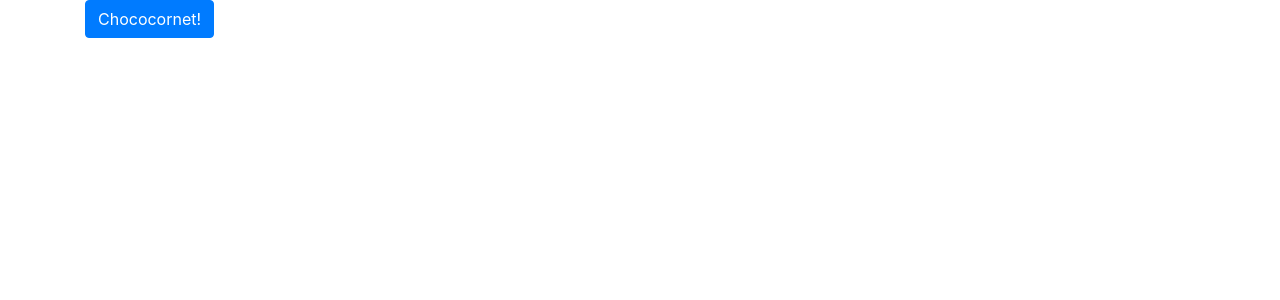
Repository: gitmadacode/practica_javascript
Page: Inicio/index.html
An editor plug-in stored every save of this project. The page is shown before and after the next save, followed by the edit.
The browser window is 1280 px wide. The pictures show the whole page.

Above is the page before, as saved 2019-09-08 23:39:24.

After the next save:
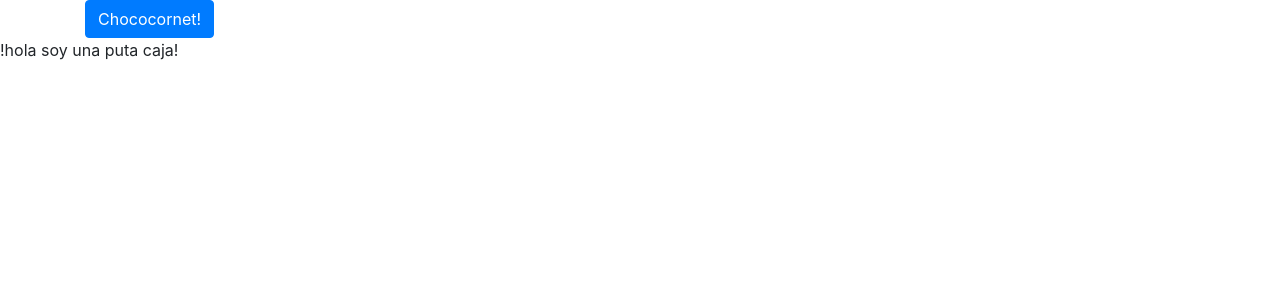
Saved 72 s later.
--- a/Inicio/index.html
+++ b/Inicio/index.html
@@ -17,7 +17,7 @@
 
         <button onclick="prueba()" type="button" class="btn btn-primary">Chococornet!</button>
     </div>
-
+<div id="micaja">!hola soy una puta caja!</div>
     <script src="node_modules/sweetalert2/dist/sweetalert2.all.min.js"></script>
 
    </body>
